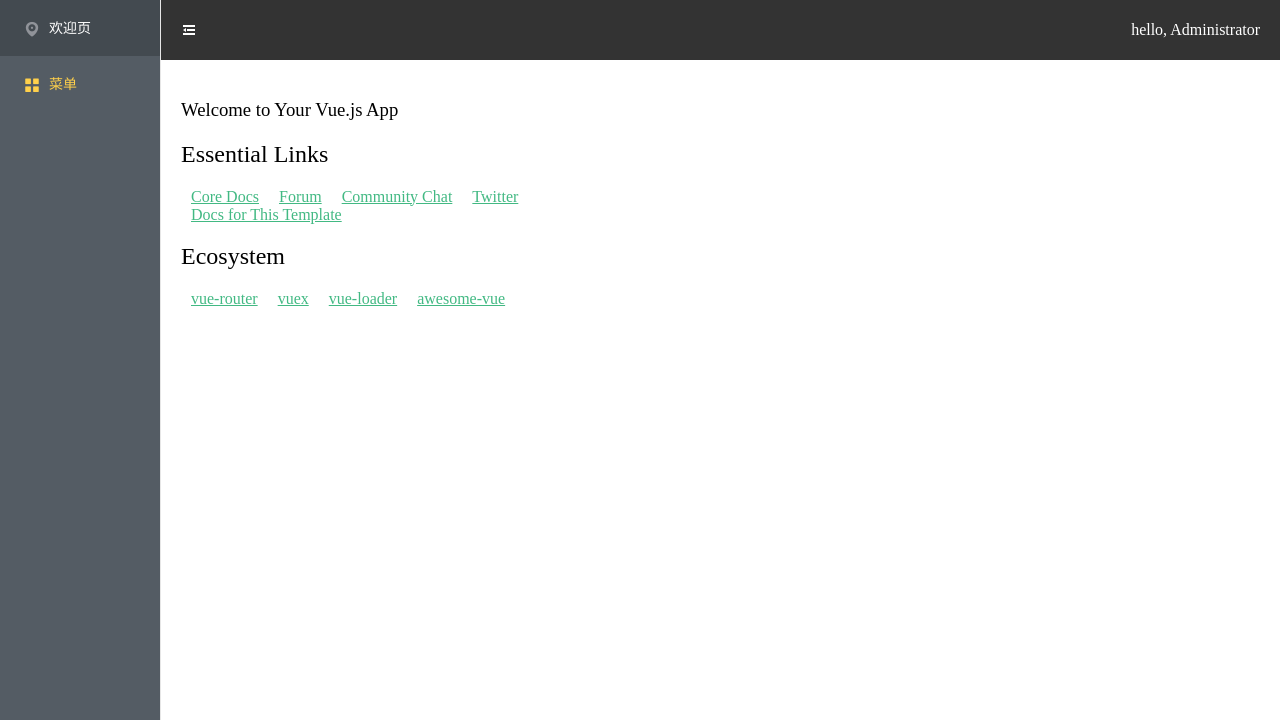
Repository: qianxuebing/admin
Page: /HelloWorld
An editor plug-in stored every save of this project. The page is shown before and after the next save, followed by the edit.
The browser window is 1280 px wide. The pictures show the whole page.
The project was rebuilt for these pictures with package versions that can differ from the ones it lists, and the page was loaded fresh each time. Imported but missing from the stored project, and not drawn on this page: src/views/home/Home.

Above is the page before, as saved 2019-12-09 16:19:42.

After the next save:
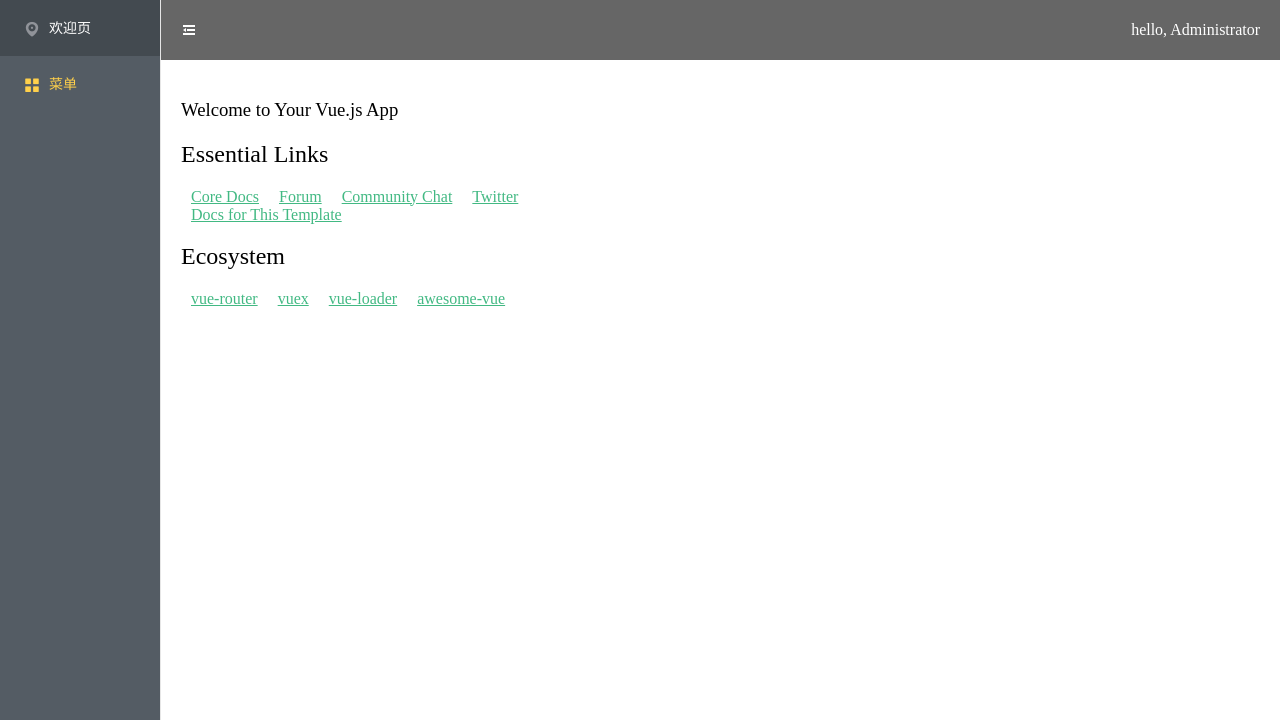
Saved 18 s later.
--- a/src/views/layout/Layout.vue
+++ b/src/views/layout/Layout.vue
@@ -28,7 +28,7 @@ export default {
     height: 100%;
   }
   .header{
-    background: #333;
+    background: #666;
     color: #fff;
   }
 </style>
